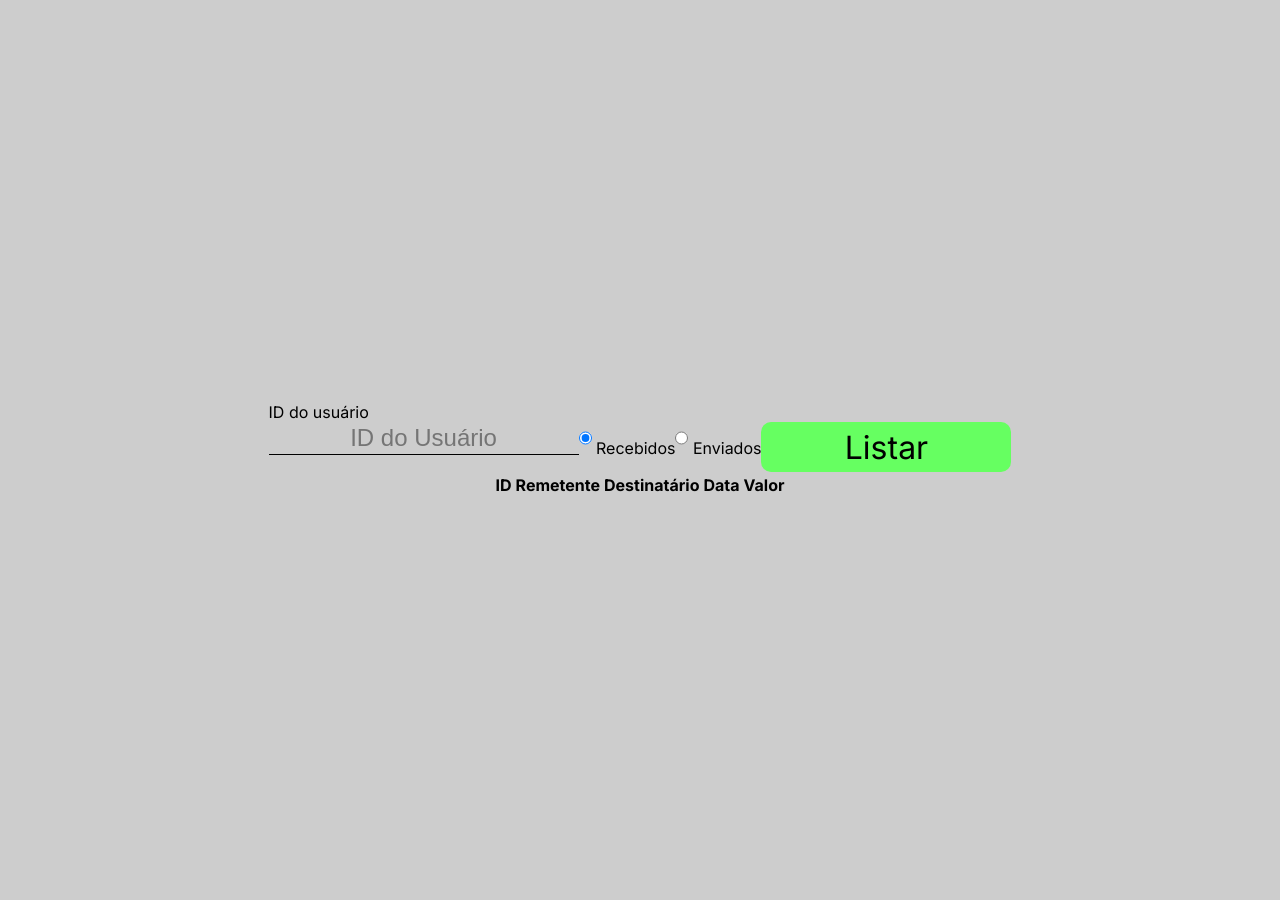
Repository: mateusilva8/tarefa-pix
Page: frontend/index.html
The author's editor kept a copy of each file at every save. The page is drawn from the files as they stood at one save, then again after the next save.
The browser window is 1280 px wide. The pictures show the whole page.

Above is the page before, as saved 2023-10-22 14:46:26.

After the next save:
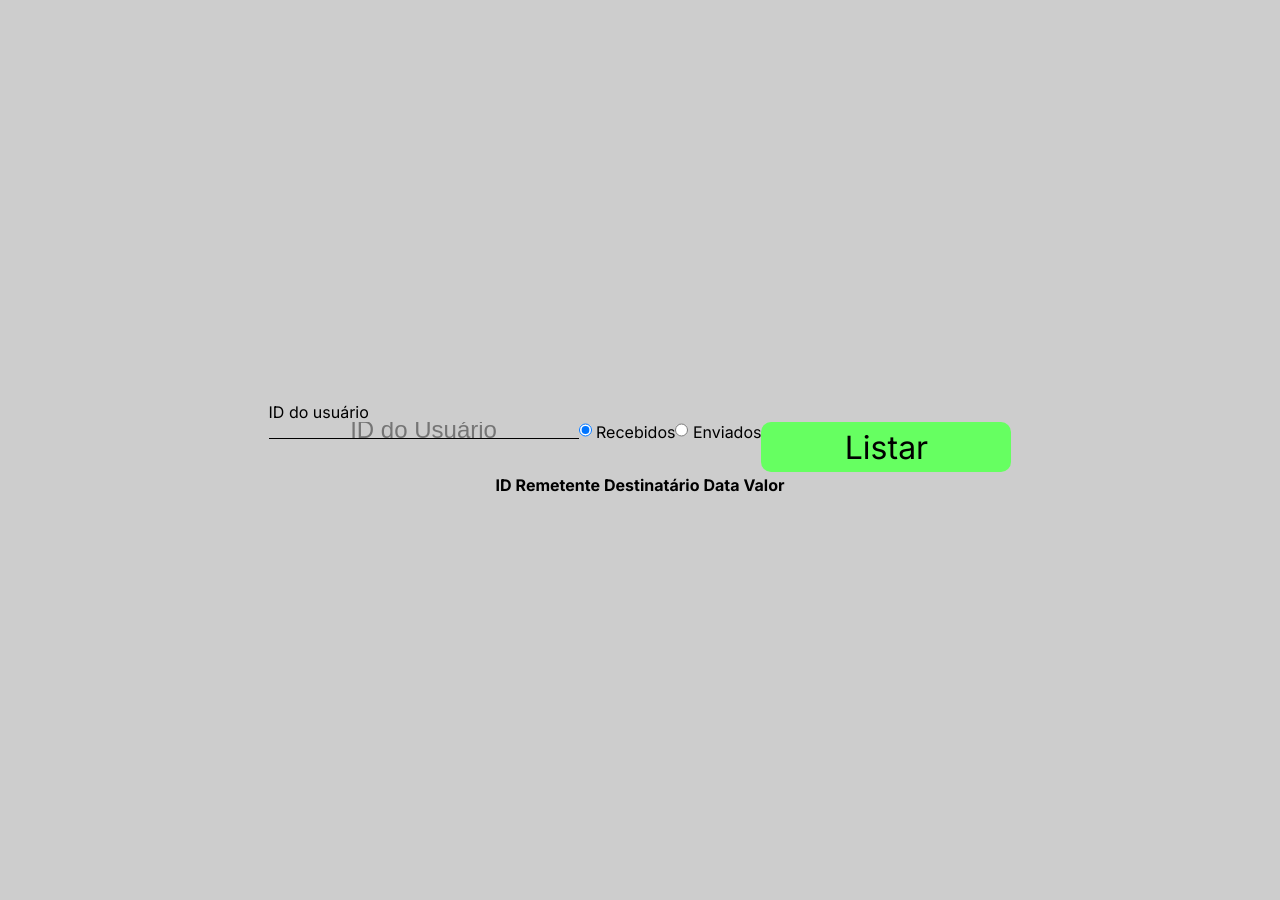
Saved 12 s later.
--- a/frontend/css/index.css
+++ b/frontend/css/index.css
@@ -32,7 +32,7 @@ input[type=number]::-webkit-inner-spin-button,
     }
 
 input {
-    height: 2rem;
+    height: 1rem;
     margin: 0;
     padding: 0;
     border: none;
